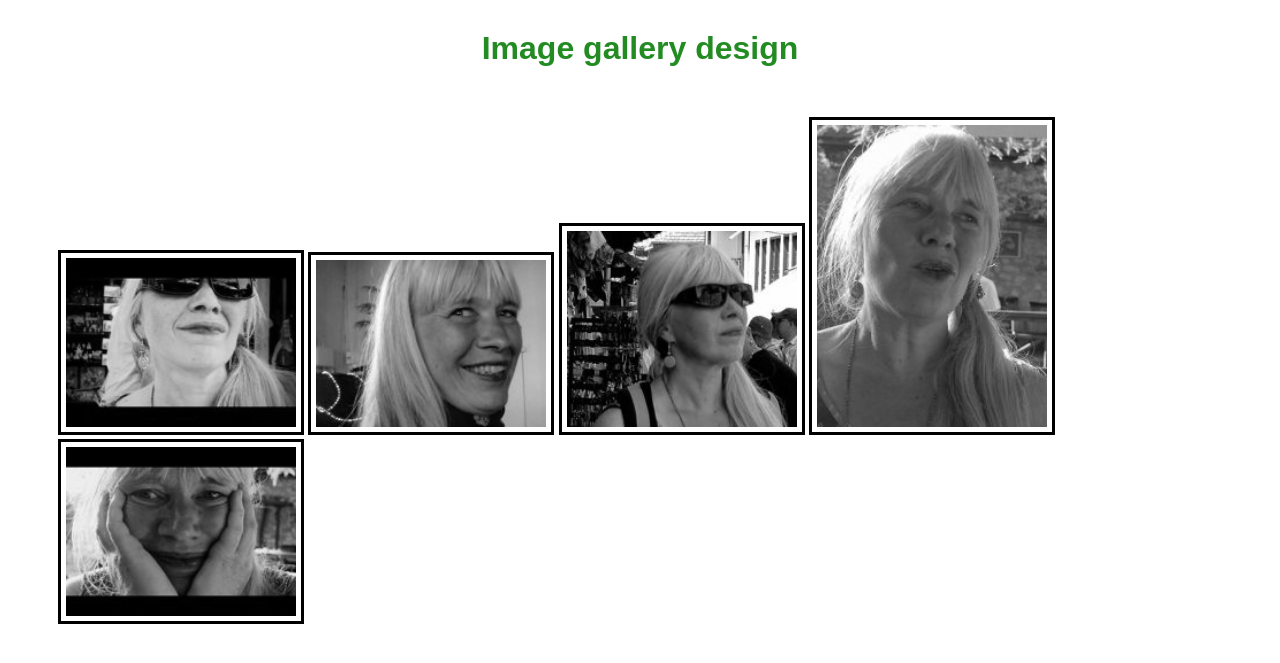
Repository: hindrik40/bildspel-lightbox
Page: index.html
These files come from the project's save history. The page is drawn as it stood at one moment and after a run of saves; the edit follows.
The browser window is 1280 px wide. The pictures show the whole page.
The pointer rests on the first visible `.gallery img`.

Above is the page before, as saved 2021-08-08 16:49:10.

After the next 4 saves:
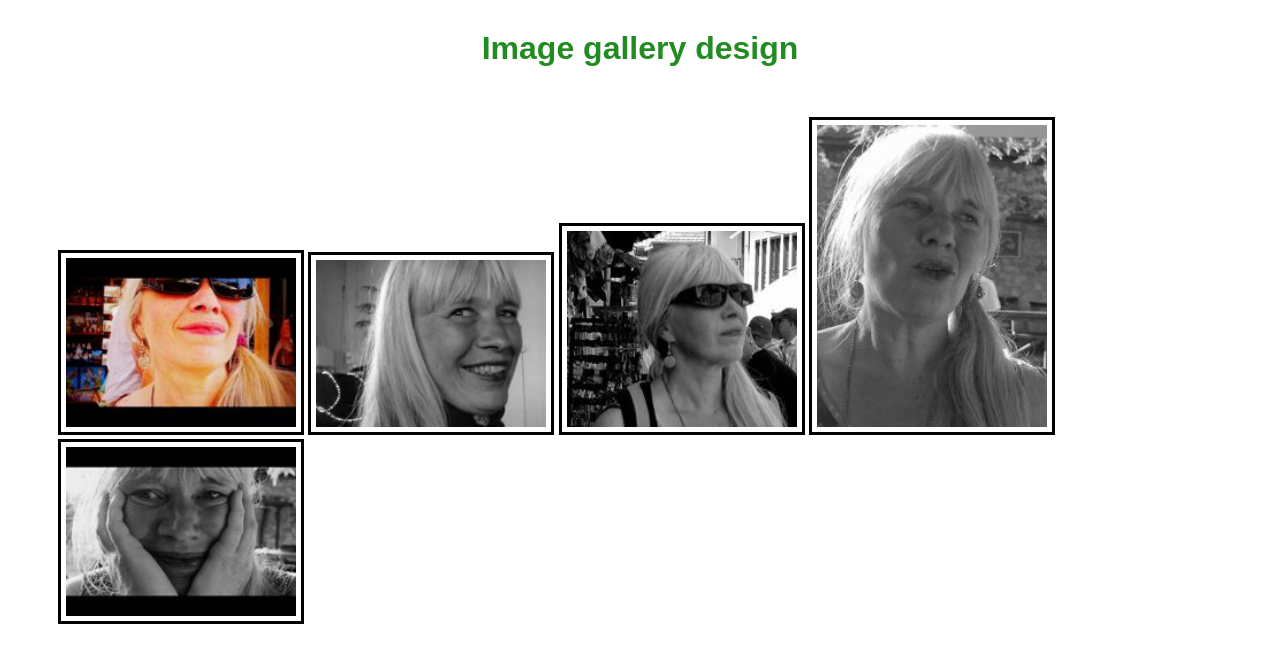
The 4 saves are shown as one change because they came seconds apart.
The last was saved 12 s later.
--- a/css/style.css
+++ b/css/style.css
@@ -19,7 +19,7 @@ h1 {
     transition: 1s;
 }
 .gallery img:hover {
-    filter:}
+    filter: grayscale(0%)}
 
 img {
     border: 3px solid black;
